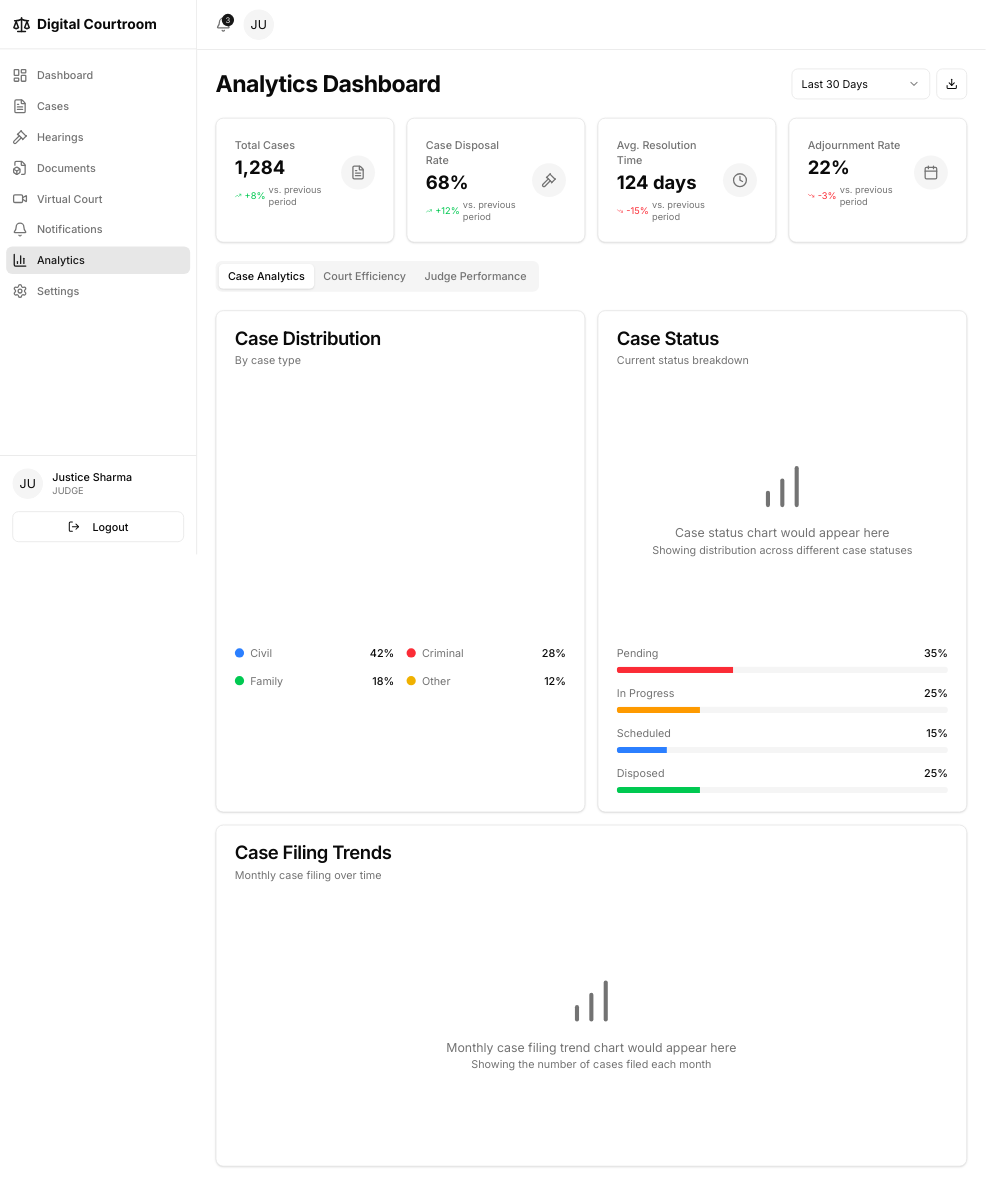
Repository: n0tank3sh/digicourt
Page: /analytics (app in frontend/)
An editor plug-in stored every save of this project. The page is shown before and after a run of saves, followed by the edit.
The browser window is 1280 px wide. The pictures show the whole page, at 77% of full size.
The project was rebuilt for these pictures with package versions that can differ from the ones it lists, and the page was loaded fresh each time. The framework's server and built-in components were replaced by stand-ins that run in the browser. Also part of the build but not shown: frontend/next.config.ts.

Above is the page before, as saved 2025-03-26 21:43:11.

After the next 3 saves:
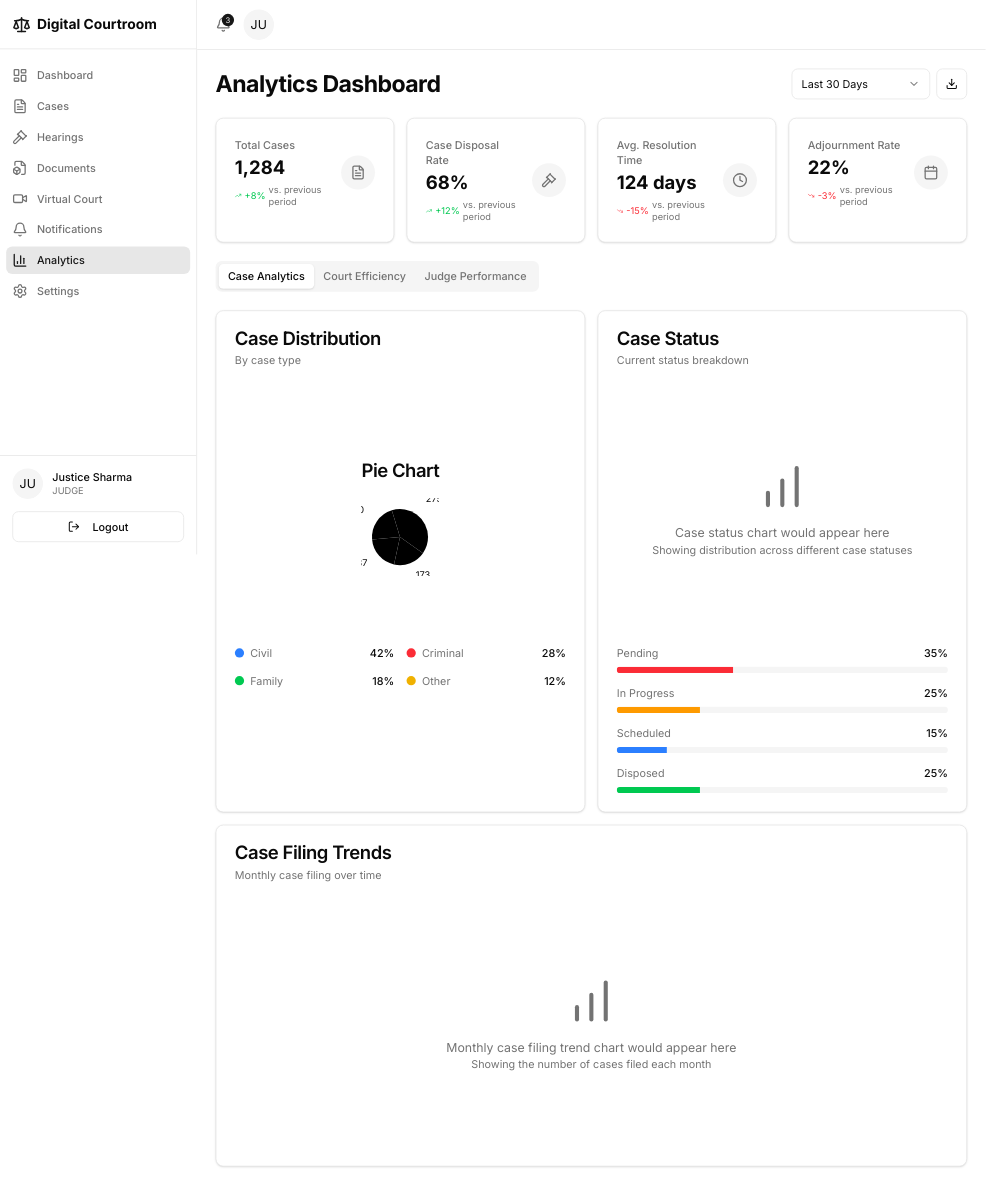
The 3 saves are shown as one change because they came seconds apart.
The last was saved 12 s later.
--- a/frontend/src/components/ui/piechart.tsx
+++ b/frontend/src/components/ui/piechart.tsx
@@ -51,6 +51,7 @@ export function PieChartComponent() {
     return (
         <Card className="flex flex-col shadow-none border-none ">
             <CardHeader>
+               <CardTitle>Pie Chart</CardTitle>
 
             </CardHeader>
             <CardContent className="flex-1 pb-0">
